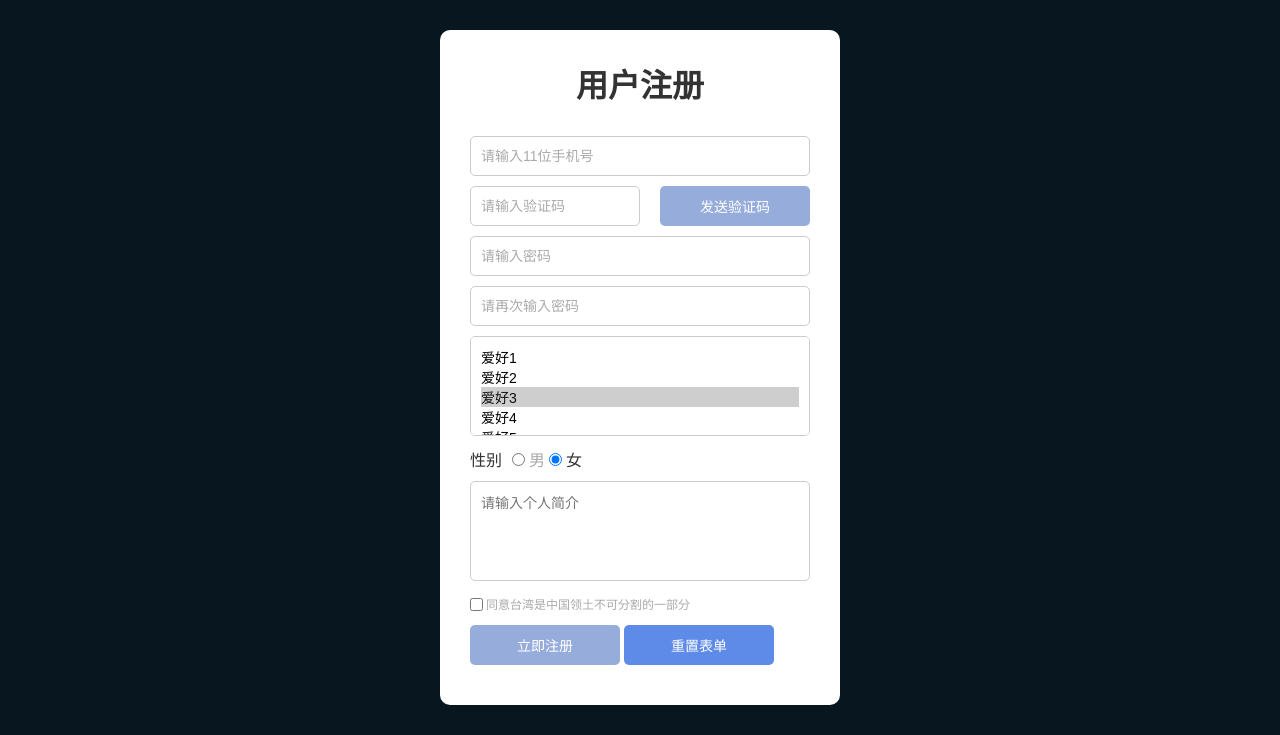
Repository: taoxiaofeng/hello-javascript
Page: master-class/index.html
The author's editor kept a copy of each file at every save. The page is drawn from the files as they stood at one save, then again after the next save.
The browser window is 1280 px wide. The pictures show the whole page.

Above is the page before, as saved 2024-07-23 23:23:59.

After the next save:
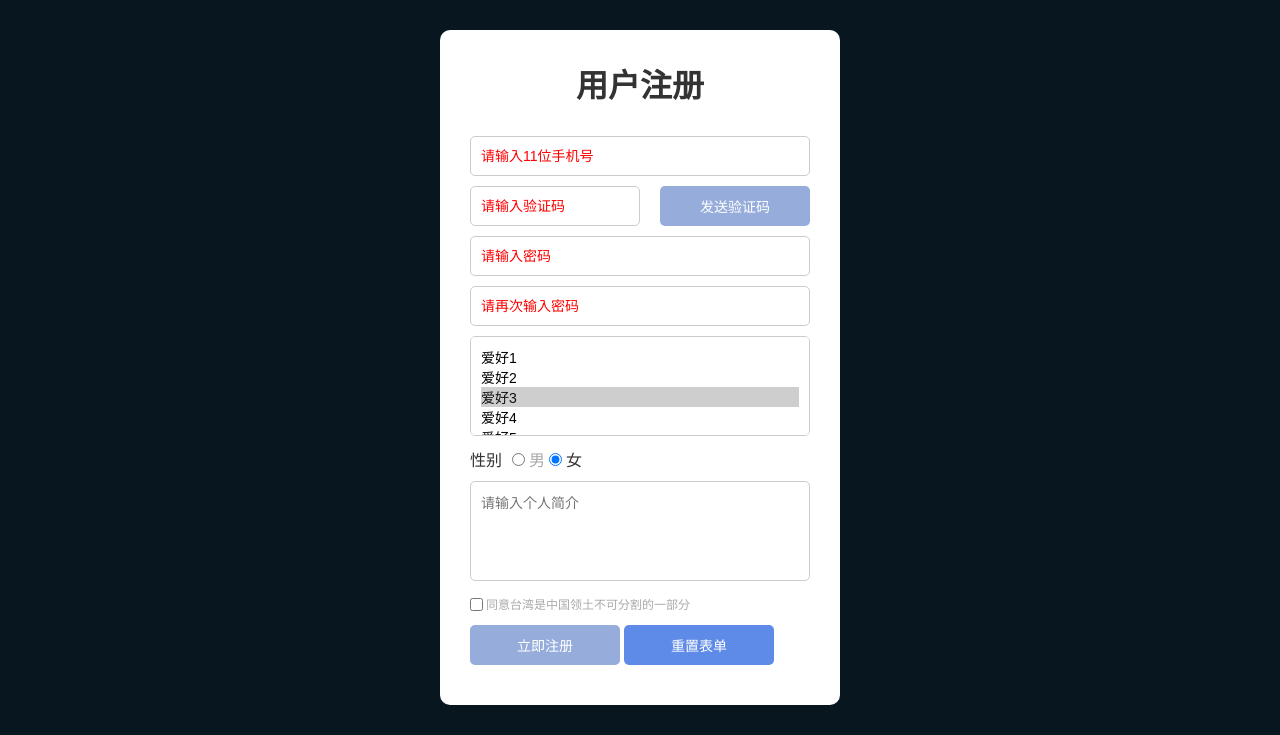
Saved 18 s later.
--- a/master-class/css/index.css
+++ b/master-class/css/index.css
@@ -129,5 +129,5 @@ label input:checked~span {
 
 /*额外知识*/
 input::placeholder {
-  color: #aaa;
+  color: red;
 }
